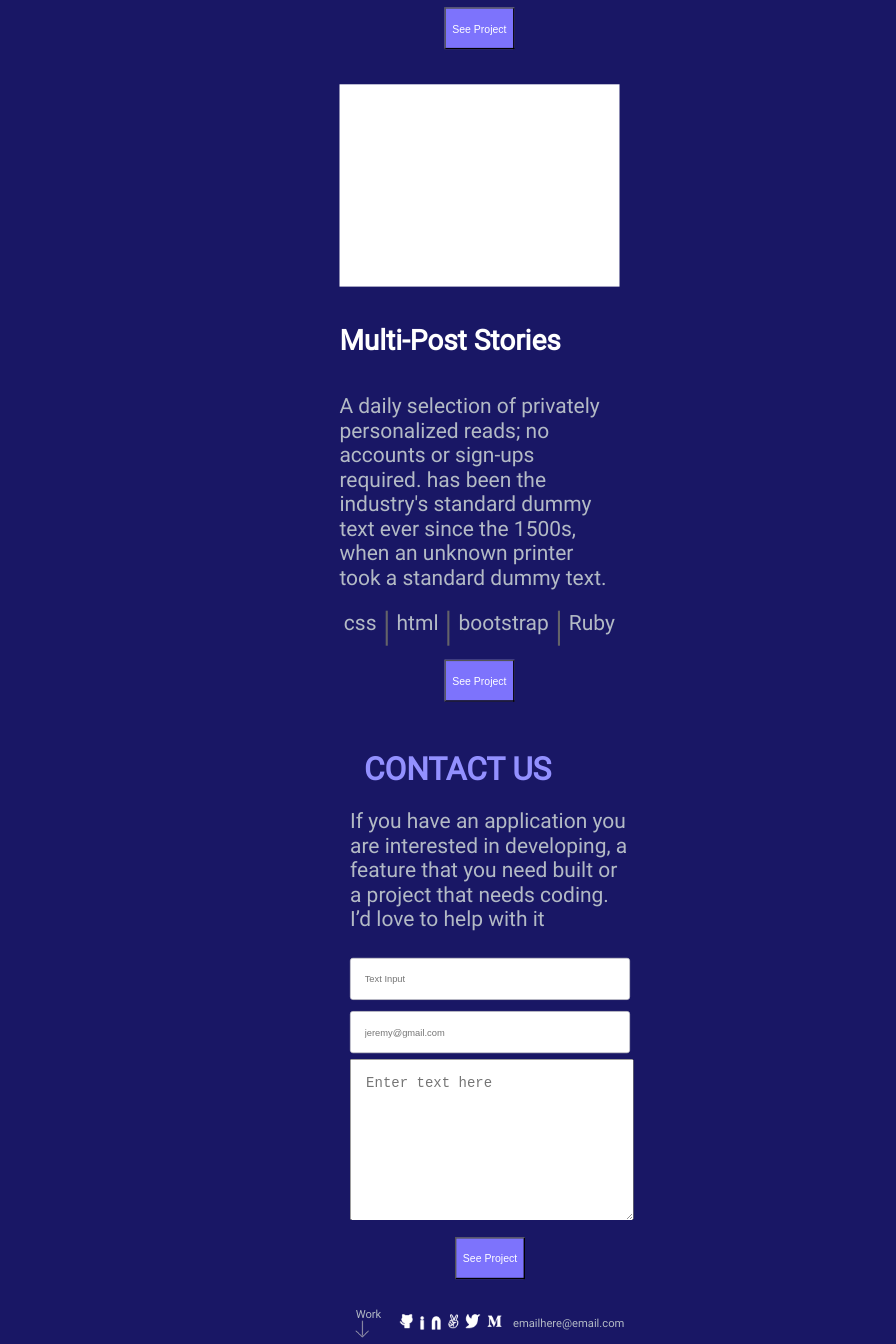
Repository: mustabbas/Portfolio
Page: index.html
An editor plug-in stored every save of this project. The page is shown before and after the next save, followed by the edit.
The browser window is 1280 px wide. The pictures show the part of the page from y = 3888 to 5808 px (the page is 5808 px tall before and 5753 px after), at 70% of full size.

Above is the page before, as saved 2021-08-17 21:11:35.

### index.html
<!DOCTYPE html>
<html lang="en">
<head>
    <meta charset="UTF-8">
    <meta name="viewport" content="width=device-width, initial-scale=1.0">
    <meta http-equiv="X-UA-Compatible" content="ie=edge">
    <link rel="stylesheet" href="style.css"/>
    <title>Mustafa Portfolio</title>
</head>
<body>
    <section class="container">
        <header class="header">
            <a href="#"><h2>Mustafa Abbas</h2></a>
            <nav class="humberger">
            <img  src="./assets/img/humberger.png" alt="humberger"/>
            <img  src="./assets/img/humberger.png" alt="humberger"/>
            <img  src="./assets/img/humberger.png" alt="humberger"/>
            </nav>
            <ul class="main-nav">
                <li><a href="#">Portoflio</a></li>
                <li><a href="#">About</a></li>
                <li><a href="#">Contact</a></li>
                <li ><a href="#"><img class="email-pic" src="./assets/img/Icon-Mail.png" alt="email"/></a></li >
            </ul>
        </header>
        <div class="head-wraper">
            <div class="title-wraper">
                <h1>Mustafa Abbas</h1>
                <h2>Software Developer</h2>
            </div>
        </div>
        <div class="box"><p>I can help you build a product , feature or website Look through some of my work and experience! If you like what you see and have a project you need coded,  don’t hestiate to contact me.</p></div>
        <div class="line"></div>
        <div class="skills">
        <ul>
            <li>Language</li>
            <li>Javascript</li>
            <li>Ruby</li>
            <li>Html</li>
            <li>Css</li>
        </ul>
        <ul>
            <li>Frameworks</li>
            <li>Ruby on Rails</li>
            <li>Bootstrap</li>
            <li>RSPec</li>
            <li>CapyBara</li>
        </ul>
        <ul>
            <li>Skills</li>
            <li>Codekit</li>
            <li>Github</li>
            <li>Codepen</li>
            <li>Gitlab</li>
        </ul>
      </div>
      <div class="line"></div>

    </section>
    <div class="footer-nav">
        <div class="vector-container">
            <ul>
                <li><img src="./assets/img/Vector-github.png" alt="Vector-github"/></li>
                <li>
                    <div class="linked-container">
                            <div>
                                    <img src="./assets/img/Vector-dot-linkedin.png" alt="Vector-dot-linkedin"/>
                                    <img src="./assets/img/Vector-line-linkedin.png" alt="Vector-line-linkedin"/>
                            </div>
                            <img id="vector2" src="./assets/img/Vector-n-linkedin.png" alt="Vector-n-linkedin"/>
                     </div>
                </li>
                <li> <img src="./assets/img/Vector.png" alt="Vector"/></li>
                <li><img src="./assets/img/Vector-twitter.png" alt="Vector-twitter"/></li>
                <li> <img src="./assets/img/Vector-M.png" alt="Vector-M"/></li>
            </ul>

         </div>
         <div class="work-container">
        <div class="arrow-container">
        <img src="./assets/img/Vector-line-arrow.png" alt="Vector-line-arrow"/>
        <img src="./assets/img/Vector-arrow.png" alt="Vector-arrow"/>
        </div>
        <span>Work</span>
        </div>
    </div>

    <section class="recent-work">
    <h3>My recent work</h3>
    <div class="line"></div>
    <div class="card">
       <img src="./assets/img/Placeholder.png" alt="Placeholder"/>
       <div class="card-body">
           <h4>Multi-Post Stories</h4>
           <p>A daily selection of privately personalized reads; no accounts or sign-ups required. has been the industry's standard dummy text ever since the 1500s, when an unknown printer took a standard dummy text.</p>
            <ul>
                <li>css</li>
                <li class="vertical-line"></li>
                <li>html</li>
                <li class="vertical-line"></li>
                <li>bootstrap</li>
                <li class="vertical-line"></li>
                <li>Ruby</li>
            </ul>
            <button class="button">See Project</button>
       </div>
    </div>
    <div class="card">
        <img src="./assets/img/Placeholder.png" alt="Placeholder"/>
        <div class="card-body">
            <h4>Multi-Post Stories</h4>
            <p>A daily selection of privately personalized reads; no accounts or sign-ups required. has been the industry's standard dummy text ever since the 1500s, when an unknown printer took a standard dummy text.</p>
             <ul>
                 <li>css</li>
                 <li class="vertical-line"></li>
                 <li>html</li>
                 <li class="vertical-line"></li>
                 <li>bootstrap</li>
                 <li class="vertical-line"></li>
                 <li>Ruby</li>
             </ul>
             <button class="button">See Project</button>
        </div>
     </div>
     <div class="card">
        <img src="./assets/img/Placeholder.png" alt="Placeholder"/>
        <div class="card-body">
            <h4>Multi-Post Stories</h4>
            <p>A daily selection of privately personalized reads; no accounts or sign-ups required. has been the industry's standard dummy text ever since the 1500s, when an unknown printer took a standard dummy text.</p>
             <ul>
                 <li>css</li>
                 <li class="vertical-line"></li>
                 <li>html</li>
                 <li class="vertical-line"></li>
                 <li>bootstrap</li>
                 <li class="vertical-line"></li>
                 <li>Ruby</li>
             </ul>
             <button class="button">See Project</button>
        </div>
     </div>
     <div class="card">
        <img src="./assets/img/Placeholder.png" alt="Placeholder"/>
        <div class="card-body">
            <h4>Multi-Post Stories</h4>
            <p>A daily selection of privately personalized reads; no accounts or sign-ups required. has been the industry's standard dummy text ever since the 1500s, when an unknown printer took a standard dummy text.</p>
             <ul>
                 <li>css</li>
                 <li class="vertical-line"></li>
                 <li>html</li>
                 <li class="vertical-line"></li>
                 <li>bootstrap</li>
                 <li class="vertical-line"></li>
                 <li>Ruby</li>
             </ul>
             <button class="button">See Project</button>
        </div>
     </div>
    </section>

    <section class="card-container">
        <div class="card">
        <div class="card-body">
        <h3>CONTACT US</h3>
        <p class="contact-p">If you have an application you are interested in developing, a feature that you need built or a project that needs coding. I’d love to help with it </p>
        <form>
        <input type="text" placeholder="Text Input" maxlength="30" required/>
        <input type="email" placeholder="jeremy@gmail.com" required/>
        <textarea rows="15" cols="48" placeholder="Enter text here" maxlength="500" required></textarea>
        <button class="button btn">See Project</button>
        </form>
        </div>
        <div class="footer-nav">
            <div class="work-container upper">
            <span>Work</span>
            <div class="arrow-container">
            <img src="./assets/img/Vector-line-arrow.png" alt="Vector-line-arrow"/>
            <img src="./assets/img/Vector-arrow.png" alt="Vector-arrow"/>
             </div>
            </div>
            <div class="vector-container">
                <ul>
                    <li><img src="./assets/img/Vector-github.png" alt="Vector-github"/></li>
                    <li>
                        <div class="linked-container">
                            <div>
                                <img src="./assets/img/Vector-dot-linkedin.png" alt="Vector-dot-linkedin"/>
                                <img src="./assets/img/Vector-line-linkedin.png" alt="Vector-line-linkedin"/>
                          </div>
                                <img src="./assets/img/Vector-n-linkedin.png" alt="Vector-n-linkedin"/>
                         </div>
                    </li>
                    <li> <img src="./assets/img/Vector.png" alt="Vector"/></li>
                    <li><img src="./assets/img/Vector-twitter.png" alt="Vector-twitter"/></li>
                    <li> <img src="./assets/img/Vector-M.png" alt="Vector-M"/></li>
                </ul>

             </div>
            <span>emailhere@email.com</span>
        </div>
    </div>
    </section>


</body>
</html>

### style.css
@font-face {
  font-family: 'roboto';
  src: url(assets/font/Roboto/Roboto-Regular.ttf);
}

body {
  background-color: #191765;
  font-family: 'roboto', sans-serif;
}

ul {
  margin: 0;
  padding: 0;
  list-style: none;
}

h1 {
  color: #9390ff;
}

p,
h2,
td,
li,
a,
span {
  color: #b3bac5;
}

.header {
  display: flex;
  justify-content: space-around;
  align-items: center;
}

.header a {
  text-decoration: none;
}

.main-nav {
  display: flex;
}

.main-nav a {
  display: block;
  padding: 1em;
  text-decoration: none;
}

.head-wraper {
  display: flex;
  justify-content: center;
  align-items: center;
  background-image: url("./assets/img/circle1header.svg");
  background-repeat: no-repeat;
  background-position: -160px -50px;
}

.title-wraper {
  flex-direction: column;
  justify-content: center;
}

.title-wraper h1 {
  font-size: 3rem;
}

.title-wraper h2 {
  font-size: 2rem;
  margin-top: 0;
}

.container {
  display: flex;
  flex-direction: column;
  justify-content: center;
  align-items: center;
  width: 500px;
}

.box {
  min-width: 450px;
  width: 33.333%;
  margin: 50px;
}

.box p {
  font-size: 20px;
  font-weight: 300;
  text-align: center;
  color: #b3bac5;
}

.line {
  min-width: 450px;
  width: 33.333%;
  border-bottom: 1px solid #646369;
}

.skills {
  display: flex;
  justify-content: space-between;
  flex-wrap: wrap;
  width: 500px;
  background-image: url("./assets/img/circle1header.svg");
  background-repeat: no-repeat;
  background-position: 400px 10px;
}

.skills ul {
  width: 40%;
  margin-top: 20px;
  margin-left: 40px;
}

.skills li {
  margin: 20px;
}

.skills ul li:first-child {
  color: #9390ff;
}

.email-pic {
  color: #b3bac5;
}

.footer-nav {
  display: flex;
  justify-content: space-around;
  align-items: center;
  margin-top: 40px;
}

.work-container .work-container2 {
  display: flex;
  justify-content: space-around;
}

.vector-container ul {
  display: flex;
  justify-content: center;
  align-items: center;
}

.vector-container img {
  margin-left: 10px;
}

.arrow-container {
  display: flex;
  flex-direction: column;
  align-items: flex-start;
  margin-right: 10px;
}

.arrow-container img:first-child {
  margin-left: 9px;
}

.arrow-container img:last-child {
  margin-top: -8px;
}

.linked-container {
  display: flex;
}

.linked-container div {
  display: flex;
  flex-direction: column;
}

#vector2 {
  margin-left: auto;
}

h3 {
  font-size: 45px;
  color: #9390ff;
  margin: 20px;
  text-transform: uppercase;
  margin-left: 150px;
}

.recent-work {
  display: grid;
  grid-template-columns: auto;
  grid-template-rows: auto;
  justify-content: center;
}

.card-container {
  display: grid;
  grid-template-columns: auto;
  grid-template-rows: auto;
  justify-content: center;
}

.card {
  display: flex;
  flex-direction: column;
  width: 400px;
  margin-left: 120px;
  margin-top: 50px;
}

.card-body h4 {
  font-size: 40px;
  color: #fff;
}

.card-body p {
  font-size: 30px;
  text-align: left;
}

.card-body h3 {
  font-size: 45px;
  color: #9390ff;
  margin: 20px;
  text-transform: uppercase;
}

.card-body ul {
  display: flex;
  justify-content: space-around;
  font-size: 30px;
  text-align: left;
}

.vertical-line {
  height: 50px;
  border-right: 3px solid #646369;
}

.button {
  background-color: #7d73fc;
  width: 100px;
  height: 60px;
  color: #fff;
  font-size: 15px;
  margin-top: 20px;
  margin-left: 150px;
}

.button:hover {
  box-shadow: 0 8px 16px rgba(125, 115, 252, 0.48);
}

input {
  width: 100%;
  height: 60px;
  padding: 12px 20px;
  margin: 8px 0;
  display: inline-block;
  border: 1px solid #ccc;
  border-radius: 4px;
  box-sizing: border-box;
}

textarea::placeholder {
  font-size: 20px;
  padding: 20px;
}

@media only screen and (max-width: 500px) {
  .header {
    width: 500px;
    justify-content: space-around;
  }

  .header ul {
    display: none;
  }

  .main-nav {
    flex-direction: column;
  }

  .head-wraper {
    width: 500px;
  }

  .head-wraper img {
    margin-left: -200px;
  }

  .right {
    margin-right: -100px;
  }

  .container img {
    margin-right: -500px;
  }

  .humberger {
    display: flex;
    flex-direction: column;
    justify-content: space-between;
  }

  .humberger img {
    width: 33.33px;
    height: 3px;
    margin: 5px;
    background-color: #b3bac5;
  }

  .footer-nav {
    width: 500px;
    flex-direction: column;
  }

  .upper {
    display: none !important;
  }

  .work-container {
    display: flex;
    margin-top: 30px;
  }
}

After the next save:
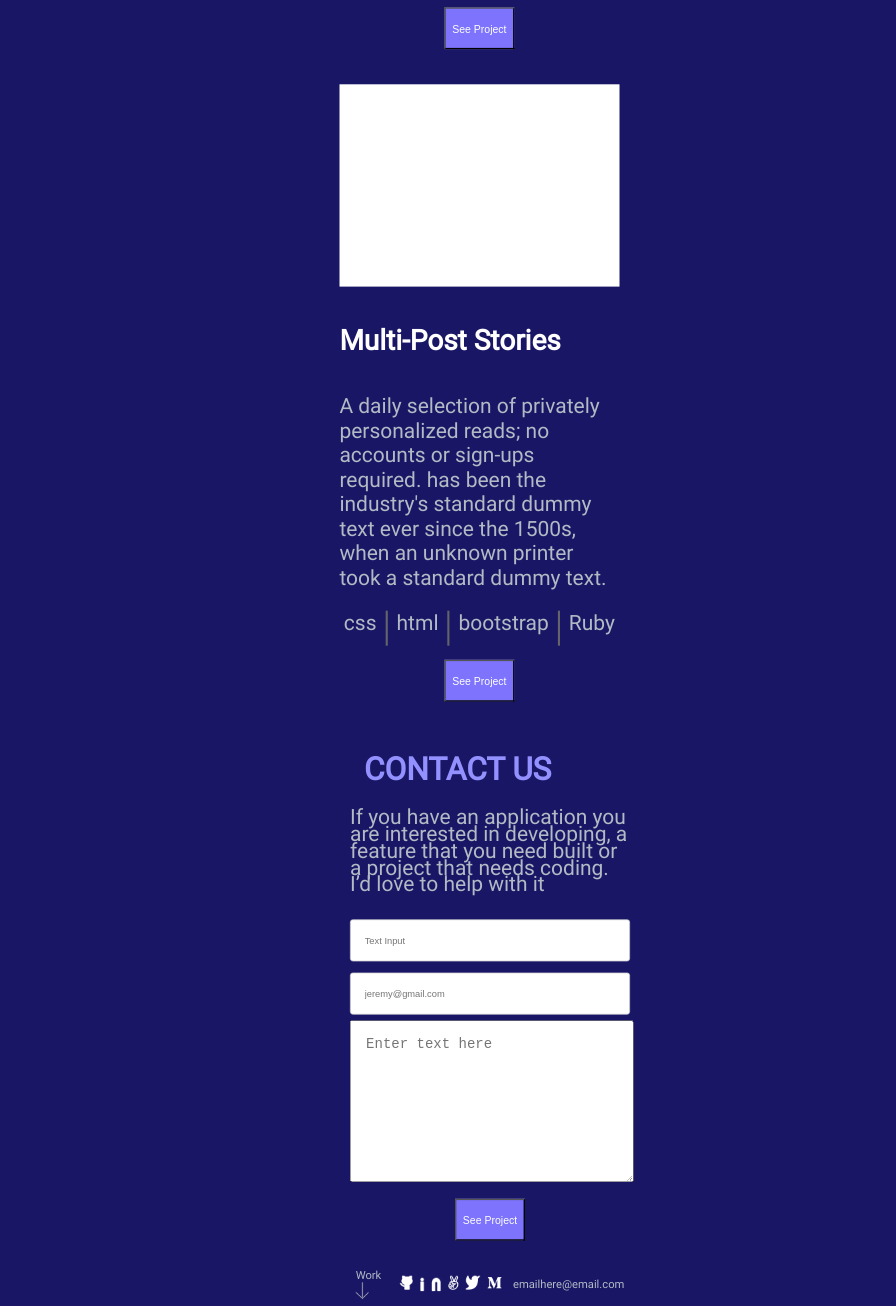
Saved 20 s later.
--- a/style.css
+++ b/style.css
@@ -227,6 +227,12 @@ h3 {
   justify-content: space-around;
   font-size: 30px;
   text-align: left;
+}
+
+.contact-p {
+  font-size: 16px;
+  line-height: 24px;
+  text-align: center;
 }
 
 .vertical-line {

After the save that followed:
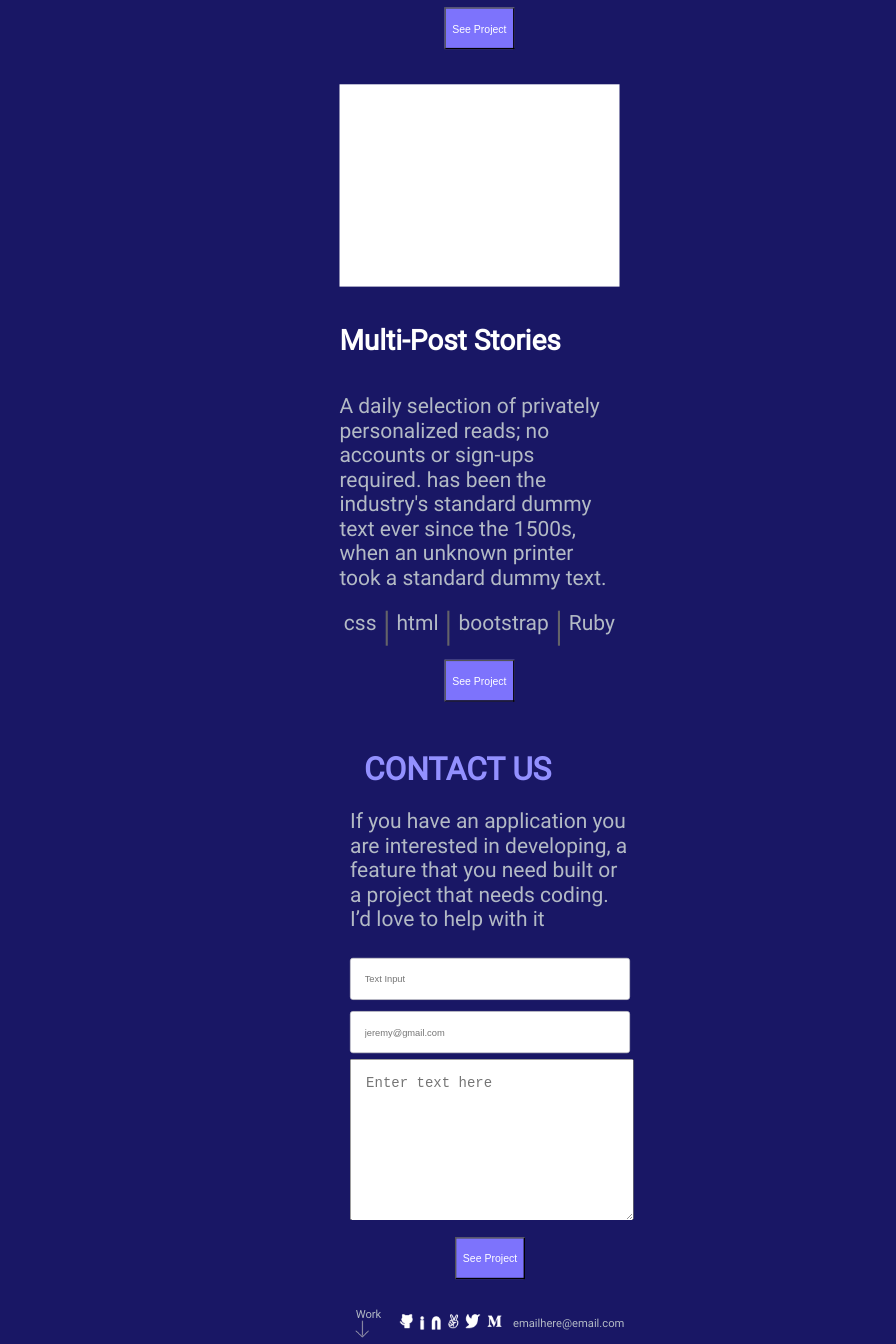
Saved 58 s later.
--- a/index.html
+++ b/index.html
@@ -162,7 +162,7 @@
         <div class="card">
         <div class="card-body">
         <h3>CONTACT US</h3>
-        <p class="contact-p">If you have an application you are interested in developing, a feature that you need built or a project that needs coding. I’d love to help with it </p>
+        <p id="contact-p">If you have an application you are interested in developing, a feature that you need built or a project that needs coding. I’d love to help with it </p>
         <form>
         <input type="text" placeholder="Text Input" maxlength="30" required/>
         <input type="email" placeholder="jeremy@gmail.com" required/>
